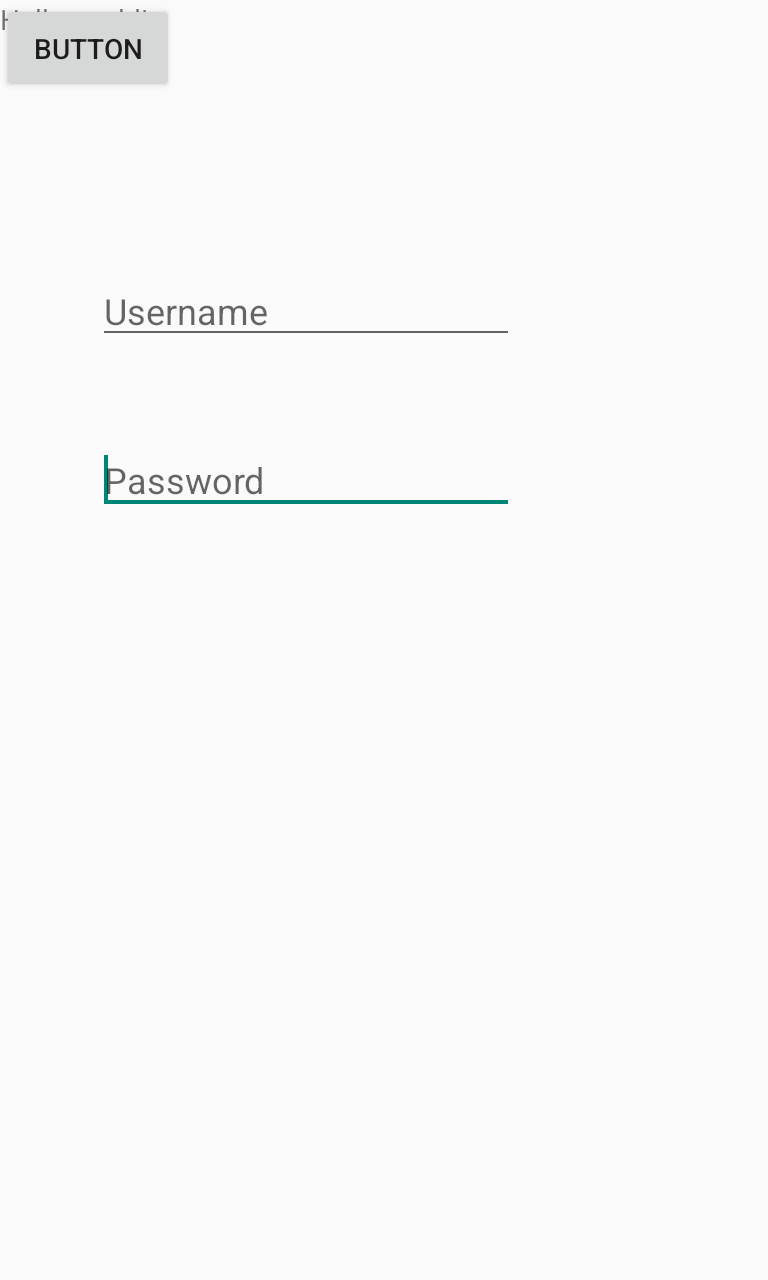
Repository: LogInc/oscar_app
Layout: Android/Oscar/res/layout/activity_login.xml
These files come from the project's save history. The layout is drawn as it stood at one moment and after the next save; the edit follows.
It is drawn on a 768 x 1280 px phone screen (xhdpi) without system bars, with theme AppTheme; the app's code is not run.

Above is the layout before, as saved 2015-02-19 12:55:36.

### Android/Oscar/res/layout/activity_login.xml
<RelativeLayout xmlns:android="http://schemas.android.com/apk/res/android"
    xmlns:tools="http://schemas.android.com/tools"
    android:layout_width="match_parent"
    android:layout_height="match_parent"
    tools:context="${relativePackage}.${activityClass}" >

    <TextView
        android:id="@+id/textView1"
        android:layout_width="wrap_content"
        android:layout_height="wrap_content"
        android:text="@string/hello_world" />

    <EditText
        android:id="@+id/editText1"
        android:layout_width="wrap_content"
        android:layout_height="wrap_content"
        android:layout_alignParentLeft="true"
        android:layout_below="@+id/textView1"
        android:layout_marginLeft="48dp"
        android:layout_marginTop="114dp"
        android:ems="10"
        android:hint="@string/Username" />

    <EditText
        android:id="@+id/editText2"
        android:layout_width="wrap_content"
        android:layout_height="wrap_content"
        android:layout_alignLeft="@+id/editText1"
        android:layout_below="@+id/editText1"
        android:layout_marginTop="43dp"
        android:ems="10"
        android:hint="@string/Password" >

        <requestFocus />
    </EditText>

    <Button
        android:id="@+id/button1"
        android:layout_width="wrap_content"
        android:layout_height="wrap_content"

        android:text="Button" />

</RelativeLayout>

### Android/Oscar/res/values/strings.xml
<?xml version="1.0" encoding="utf-8"?>
<resources>

    <string name="app_name">Oscar</string>
    <string name="title_activity_login">Login</string>
    <string name="hello_world">Hello world!</string>
    <string name="Password">Password</string>
    <string name="Username">Username</string>
    <string name="SignIn">Sign In</string>

</resources>

Loaded but not shown: Android/Oscar/res/values/styles.xml (common file); Android/Oscar/res/values-v11/styles.xml (common file); Android/Oscar/res/values-v14/styles.xml (common file)

After the next save:
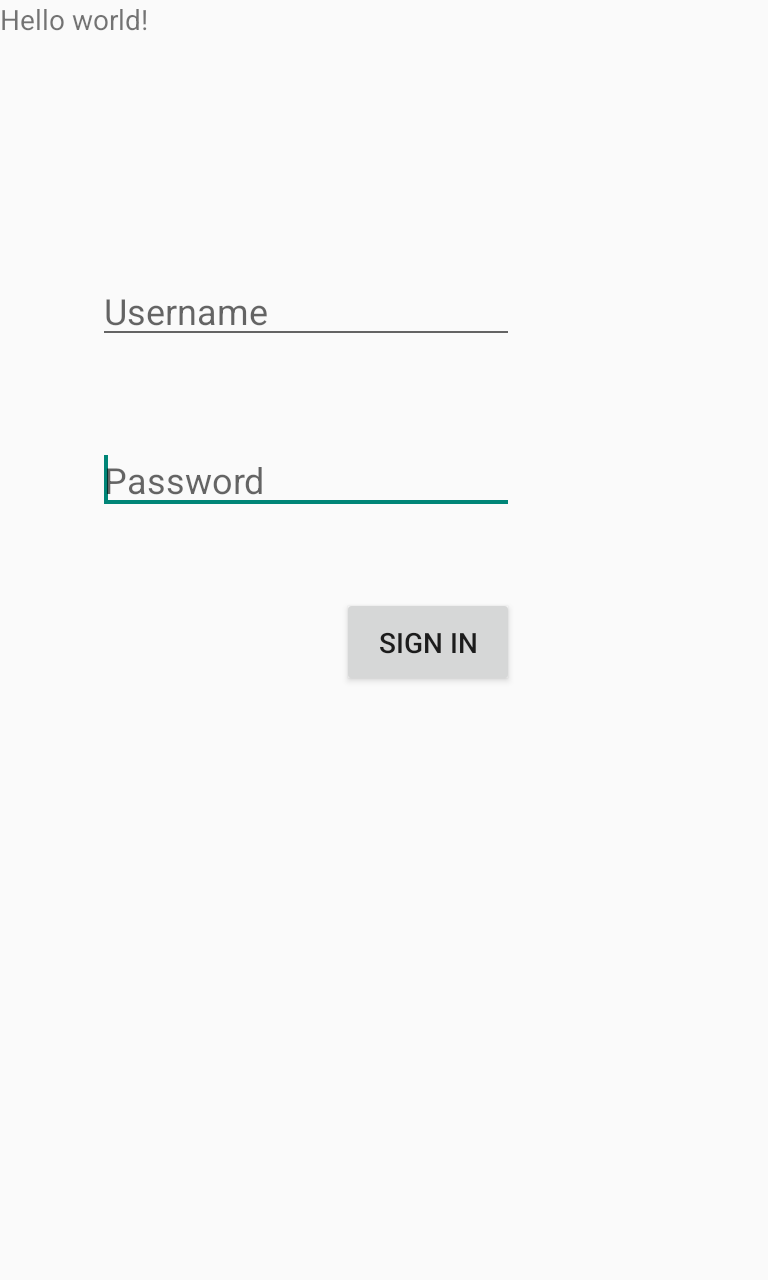
Saved 14 s later.
--- a/Android/Oscar/res/layout/activity_login.xml
+++ b/Android/Oscar/res/layout/activity_login.xml
@@ -38,7 +38,9 @@
         android:id="@+id/button1"
         android:layout_width="wrap_content"
         android:layout_height="wrap_content"
-
-        android:text="Button" />
+        android:layout_alignRight="@+id/editText2"
+        android:layout_below="@+id/editText2"
+        android:layout_marginTop="38dp"
+        android:text="@string/SignIn" />
 
 </RelativeLayout>
